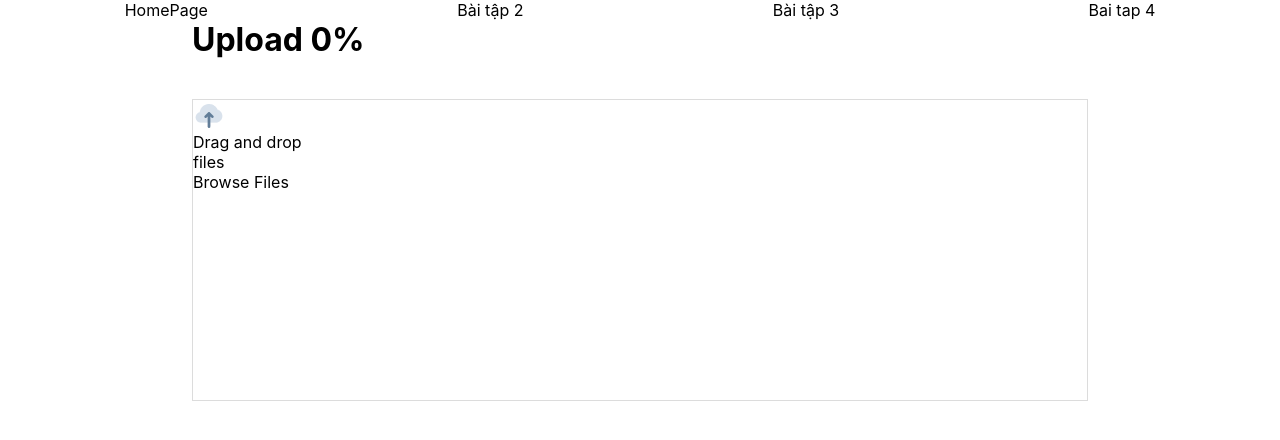
Repository: tungdau93/Training-ReactJS
Page: /bai-tap-3
These files come from the project's save history. The page is drawn as it stood at one moment and after a run of saves; the edit follows.
The browser window is 1280 px wide. The pictures show the whole page.
The project was rebuilt for these pictures with package versions that can differ from the ones it lists, and the page was loaded fresh each time. Also part of the build but not shown: src/App.css, src/hooks/useClickOutside.js, src/Assignments/BaiTap2.jsx, src/Assignments/HomePage.jsx.

Above is the page before, as saved 2022-10-03 10:43:53.

After the next 3 saves:
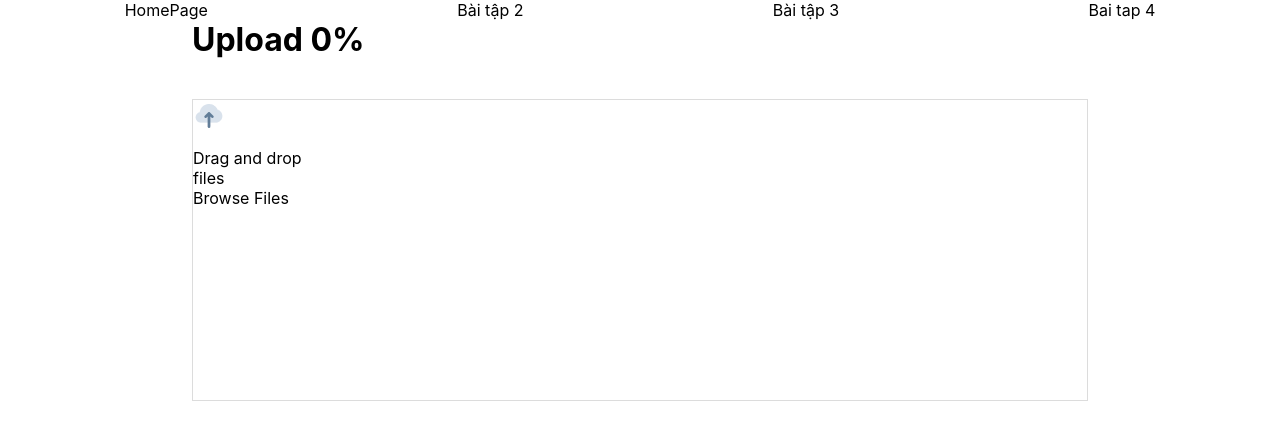
The 3 saves are shown as one change because they came seconds apart.
The last was saved 6 s later.
--- a/src/style/_bai-tap-3.scss
+++ b/src/style/_bai-tap-3.scss
@@ -259,7 +259,7 @@
       flex-direction: column;
 
       img {
-
+        margin-bottom: 16px;
       }
     }
 
